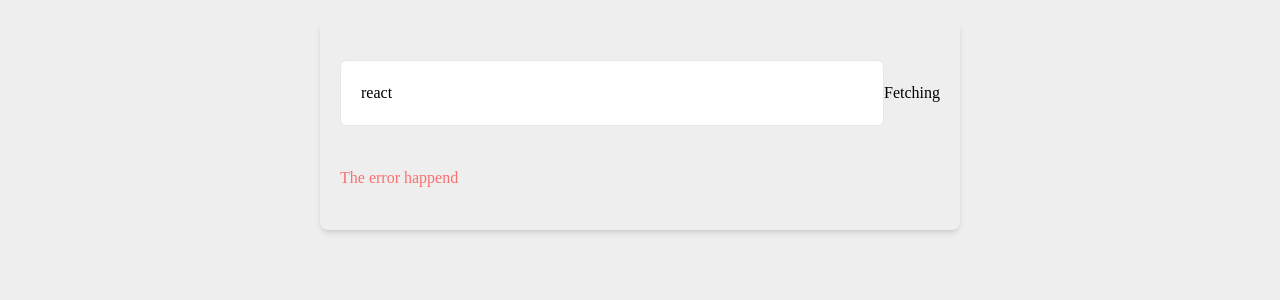
Repository: 16-Doffy/Fe-Khhoahoc
Page: /
An editor plug-in stored every save of this project. The page is shown before and after the next save, followed by the edit.
The browser window is 1280 px wide. The pictures show the whole page.
The page's requests for data from a server got no answer. The project was rebuilt for these pictures with package versions that can differ from the ones it lists, and the page was loaded fresh each time. No one was signed in, and anything a server would have sent is missing. Also part of the build but not shown: src/App.css.

Above is the page before, as saved 2025-01-14 15:48:54.

### src/index.js
import React from 'react';
import ReactDOM from 'react-dom/client';
import './index.css';
import App from './App';
import reportWebVitals from './reportWebVitals';
import "./index.scss"
const root = ReactDOM.createRoot(document.getElementById('root'));
root.render(
  <React.StrictMode>
    <App />
  </React.StrictMode>
);

// If you want to start measuring performance in your app, pass a function
// to log results (for example: reportWebVitals(console.log))
// or send to an analytics endpoint. Learn more: https://bit.ly/CRA-vitals
reportWebVitals();

### src/App.js

import "./App.css";
import HackerNews from "./components/news/HackerNews";



const App = () => {
  return (

    <HackerNews></HackerNews>
  );
};

export default App;













//<CardList><Card2/>
// const theme = {
//   //wanna change color in the future come here to change
//   colors: {
//     blue: "#2979ff",
//   },
//   orange: "#ffa440",
// };
// {/* <ThemeProvider theme={theme}>
// <CardList>
// <Card2 secondary={true}></Card2>
// <Card2 secondary={false}></Card2>
// <Card2 secondary={true}></Card2>
// <Card2 secondary={false}></Card2>
// <Card2 secondary={true}></Card2>
//  </CardList>
// </ThemeProvider> */}

### src/index.scss
@tailwind base;
@tailwind components;
@tailwind utilities;

@layer base {
    @import url("https://fonts.googleapis.com/css2?family=Poppins:ital,wght@0,100;0,200;0,300;0,400;0,500;0,600;0,700;0,800;0,900;1,100;1,200;1,300;1,400;1,500;1,600;1,700;1,800;1,900&display=swap");
    body{
        font-family: "Poppins", serif;
    }
}

### src/components/news/HackerNews.js
import axios from "axios";
import React, { useState, useEffect, useRef } from "react";
import lodash from "lodash";
// http://hn.algolia.com/api/v1/search?query=react
const HackerNews = () => {
  const [hits, setHits] = useState([]);
  const [query, setQuery] = useState("react");
  const [loading, setLoading] = useState(true);
  const [error, setError] = useState("");
  const handleFetchResponse = useRef({});
  handleFetchResponse.curent = async () => {
    setLoading(true);
    try {
      const response = await axios.get(
        `http://hn.algolia.com/api/v1/search?query=${query}`
      );
      setHits(response.data?.hits || []);
      setLoading(false);
    } catch {
      // console.log(response);
      setLoading(false);
      setError(`The error happend ${error}`);
    }
  };
  const handleUpdateQuery = lodash.debounce((e) => {
    setQuery(e.target.value);
  }, 100);
  useEffect(() => {
    handleFetchResponse.curent();
  }, [query]);
  return (
    <div className=" mx-auto mt-5 p-5 rounded-lg shadow-md w-2/4">
    <div class="flex">
    <input
        type="text"
        className="
          border border-blue-1000
          text-black p-5 mb-5 mt-5 block w-full
           rounded-md focus:border-blue-400"
        placeholder="Enter your keyword..."
        defaultValue={query}
        onChange={handleUpdateQuery}
      />
      <button>Fetching</button>
    </div>
      {loading && (
        <div
          className=" loading w-8 h-8  rounded-full  border-blue-300 border-4
    border-r-4 border-r-transparent animate-spin mx-auto"
        ></div>
      )}
      {!loading && error && <p className="text-red-400 my-5">{error}</p>}
      <div class="flex flex-wrap gap-5">
        {!loading &&
          hits.length > 0 &&
          hits.map((item, index) => (
            <h3
              className="
             p-3 bg-gray-300 rounded-sm"
              key={item.title}
            >
              {item.title}
            </h3>
          ))}
      </div>
    </div>
  );
};

export default HackerNews;

### tailwind.config.js
/** @type {import('tailwindcss').Config} */
module.exports = {
  mode: "jit",
  content: ["./src/**/*.{html,js}"],
  theme: {
    extend: {
      backgroundImage: {
        'radiant': `linear-gradient(0.25turn, #3f87a6, #ebf8e1, #f69d3c)`,
        'footer-texture': "url('/img/footer-texture.png')", // Sửa ở đây
        'secondary-radiant': `linear-gradient(#e66465, #9198e5)`,
      },
    },
  },
  plugins: [],
}

Loaded but not shown: public/index.html (common file); src/index.css (common file); src/reportWebVitals.js (common file)

After the next save:
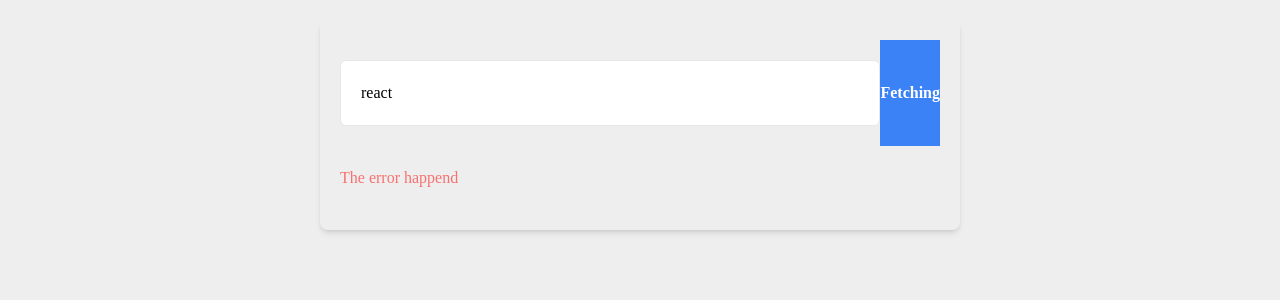
Saved 20 s later.
--- a/src/components/news/HackerNews.js
+++ b/src/components/news/HackerNews.js
@@ -41,7 +41,7 @@ const HackerNews = () => {
         defaultValue={query}
         onChange={handleUpdateQuery}
       />
-      <button>Fetching</button>
+      <button className="bg-blue-500 text-white font-semibold">Fetching</button>
     </div>
       {loading && (
         <div
